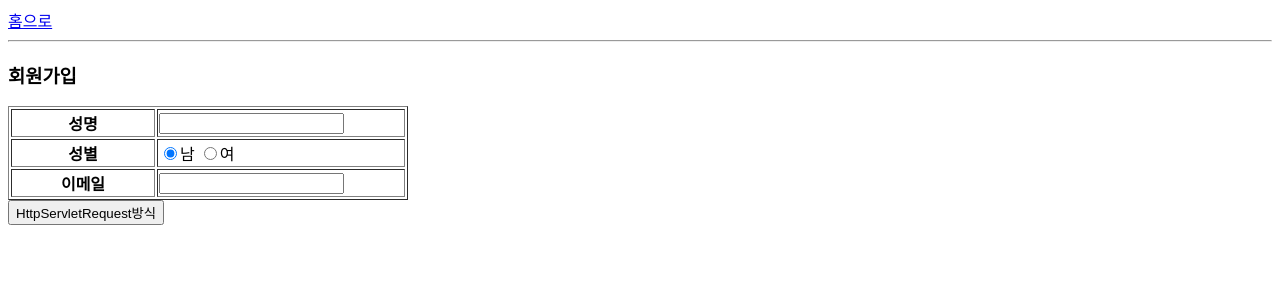
Repository: linklifejo/study_spring
Page: http://localhost/web/member
The author's editor kept a copy of each file at every save. The page is drawn from the files as they stood at one save, then again after the next save.
The browser window is 1280 px wide. The pictures show the whole page.
The page is served by Tomcat 9. Other server files are loaded and not shown.

Above is the page before, as saved 2023-02-14 01:27:10.

### web/src/main/webapp/WEB-INF/views/member/join.jsp
<%@ page language="java" contentType="text/html; charset=UTF-8"
    pageEncoding="UTF-8"%>
<%@ taglib uri="http://java.sun.com/jsp/jstl/core" prefix="c"%>
<!DOCTYPE html>
<html>
<head>
<meta charset="UTF-8">
<title>Insert title here</title>
</head>
<body>
<a href='<c:url value="/"/>'>홈으로</a>
<hr>
<h3>회원가입</h3>

<form method='post' action='joinRequest'>
<table border='1' style='width:400px'>
<tr><th style='width:140px'>성명</th>
	<td><input type='text' name='name'></td>
</tr>
<tr><th>성별</th>
	<td>
		<label><input type='radio' name='gender' checked value='남'>남</label>
		<label><input type='radio' name='gender' value='여'>여</label>
	</td>
</tr>
<tr><th>이메일</th>
	<td><input type='text' name='email'></td>
</tr>
</table>
<input type='submit' value='HttpServletRequest방식'>
</form>

</body>
</html>

After the next save:
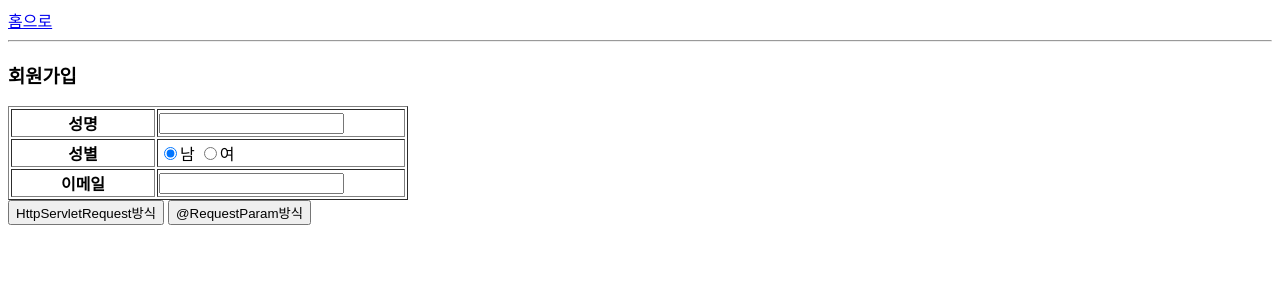
Saved 91 s later.
--- a/web/src/main/webapp/WEB-INF/views/member/join.jsp
+++ b/web/src/main/webapp/WEB-INF/views/member/join.jsp
@@ -28,6 +28,7 @@
 </tr>
 </table>
 <input type='submit' value='HttpServletRequest방식'>
+<input type='submit' value='@RequestParam방식'>
 </form>
 
 </body>
